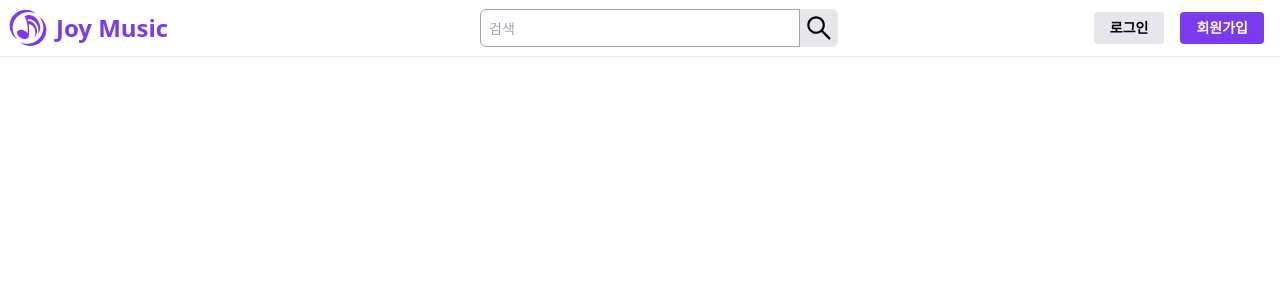
Repository: momo0170/streaming
Page: /
An editor plug-in stored every save of this project. The page is shown before and after a run of saves, followed by the edit.
The browser window is 1280 px wide. The pictures show the whole page.
The project was rebuilt for these pictures with package versions that can differ from the ones it lists, and the page was loaded fresh each time. Also part of the build but not shown: src/App.css.

Above is the page before, as saved 2023-09-22 15:21:56.

After the next 2 saves:
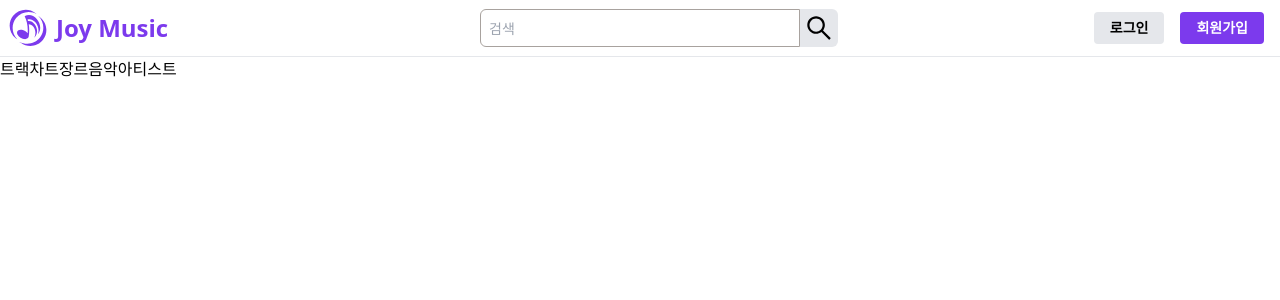
The 2 saves are shown as one change because 1 did not build or start.
The last was saved 35 s later.
--- a/src/components/MenuBar.jsx
+++ b/src/components/MenuBar.jsx
@@ -1,12 +1,15 @@
 import React from 'react';
 import { Link } from 'react-router-dom';
+import MenuButton from './MenuButton';
 
 export default function MenuBar() {
   const menu = ['트랙차트', '장르음악', '아티스트'];
   return (
     <>
-      {menu.map((item, idx) => (
-        <Link></Link>
+      {menu.map((text, idx) => (
+        <Link>
+          <MenuButton text={text} />
+        </Link>
       ))}
     </>
   );
